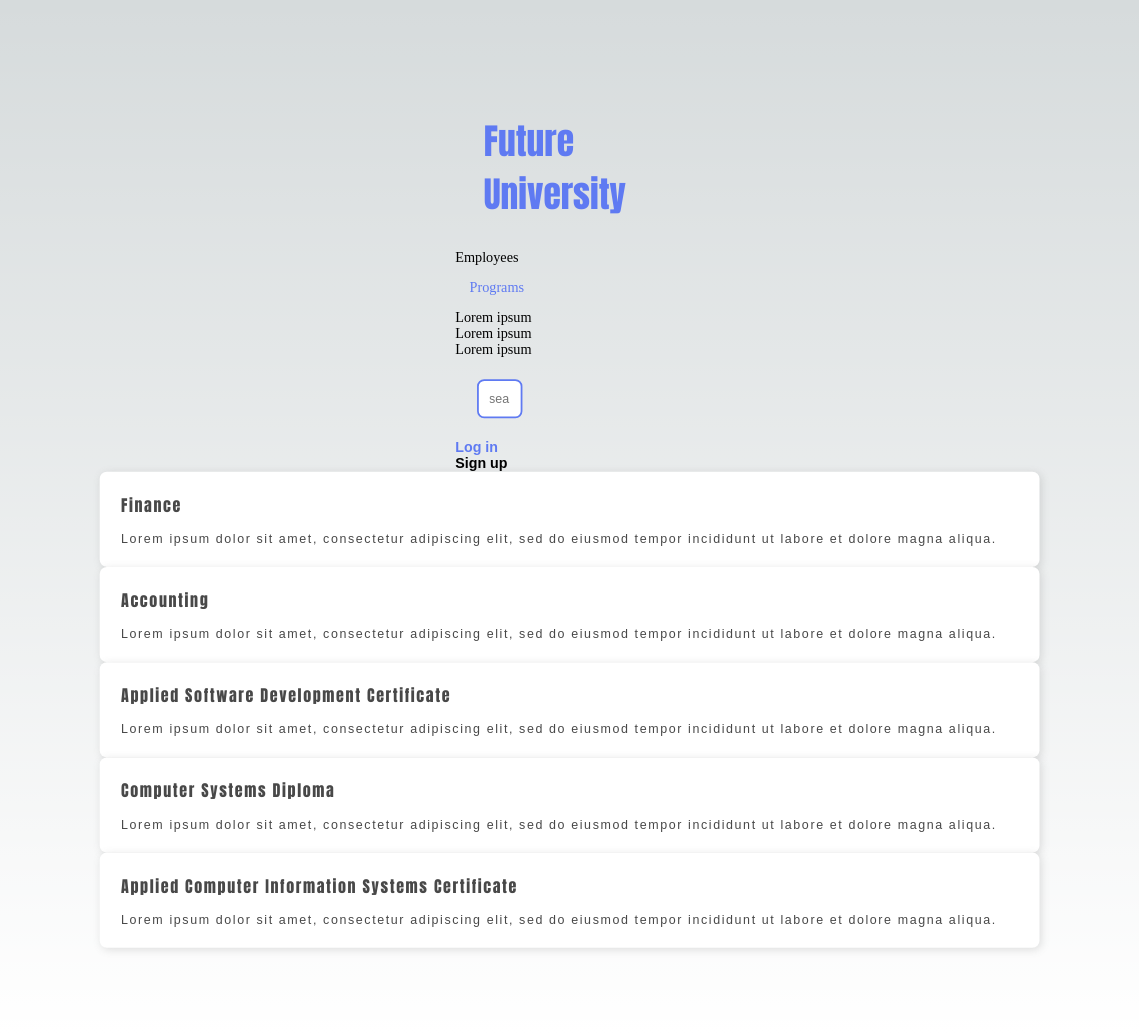
Repository: giovanabirck/class03-vercel-test
Page: /
An editor plug-in stored every save of this project. The page is shown before and after the next save, followed by the edit.
The browser window is 1280 px wide. The pictures show the whole page, at 89% of full size.
The project was rebuilt for these pictures with package versions that can differ from the ones it lists, and the page was loaded fresh each time. The framework's server and built-in components were replaced by stand-ins that run in the browser. Also part of the build but not shown: next.config.js, components/CardPrograms/CardPrograms.module.css.

Above is the page before, as saved 2023-01-28 21:20:21.

### pages/index.js
import Head from 'next/head'
import Image from 'next/image'
import { Inter } from '@next/font/google'
import styles from '../styles/Home.module.css'
import data from '../data/education.json'
import { useState } from 'react'
import CardPrograms from '../components/CardPrograms'
import Link from 'next/link'
import MenuPrograms from '../components/MenuPrograms'

const inter = Inter({ subsets: ['latin'] })

export default function Home() {

  console.log(data);
  const [information, setInformation] = useState([...data]);


  return (
    <>
      <Head>
        <title>Programs</title>
        <meta name="description" content="Generated by create next app" />
        <meta name="viewport" content="width=device-width, initial-scale=1" />
        <link rel="icon" href="/favicon.ico" />
      </Head>

      <main className={styles.main}>
        <MenuPrograms/>
        {
          information && information.map((info, index) => {
              return(
                <div key={index}>
                  <CardPrograms
                    key={index}
                    degree={info.degree}
                    department={info.department}
                  />
                </div>
              )
            }
          )
        }

      </main>

    </>
  )
}

### data/education.json
[
    {
        "studentNumber": "A0004567",
        "firstName": "Person 1",
        "gpa": 3.8,
        "department": "Business",
        "degree": "Finance",
        "graduted": 2014
    },
    {
        "studentNumber": "A0001234",
        "firstName": "Person 2",
        "gpa": 3.5,
        "department": "Business",
        "degree": "Accounting",
        "graduted": 2010
    },
    {
        "studentNumber": "A0007890",
        "firstName": "Person 3",
        "gpa": 3.2,
        "department": "Computing",
        "degree": "Applied Software Development Certificate",
        "graduted": 2018
    },
    {
        "studentNumber": "A0007828",
        "firstName": "Person 4",
        "gpa": 3.9,
        "department": "Computing",
        "degree": "Computer Systems Diploma",
        "graduted": 2021
    },
    {
        "studentNumber": "A0003425",
        "firstName": "Person 5",
        "gpa": 3.2,
        "department": "Computing",
        "degree": "Applied Computer Information Systems Certificate",
        "graduted": 2021
    }
]

### components/CardPrograms/index.js
import styles from './CardPrograms.module.css';

export default function CardPrograms({
    degree="none",
}) {

    return(
        <div style={{
            backgroundColor: "white",
            padding: "24px",
            fontFamily: "Impact",
            color: "#484848",
            fontSize: "18px",
            letterSpacing: "0.1em",
            display: "flex",
            flexDirection: "column",
            alignContent: "space-between",
            borderRadius: "8px",
            boxShadow: "2px 2px 10px rgb(100, 100, 100, 0.2)"
        }}>
            {degree}
            <br></br>
            <p style={{
                fontFamily: "arial",
                color: "#484848",
                fontSize: "14px",
                padding: "16px 24px 0px 0px"
            }}
            >Lorem ipsum dolor sit amet, consectetur adipiscing elit, sed do eiusmod tempor incididunt ut labore et dolore magna aliqua.</p>
        </div>
    )
}

### components/MenuPrograms/index.js
import styles from 'MenuPrograms.module.css'

export default function MenuPrograms() {
    return(
        <>
        <div className="top-menu">
            <h1>Future<br></br>University</h1>
            <a href="about">Employees</a>
            <p className="top-menu-programs" style={{padding:"16px", color: "#5F7AF2"}}>Programs</p>
            <p>Lorem ipsum</p>
            <p>Lorem ipsum</p>
            <p>Lorem ipsum</p>


            <input placeholder="search" style={{
                fontFamily: "Arial",
                fontSize: "14px",
                color: "#5F7AF2",
                padding: "12px",
                border: "solid 2px #5F7AF2",
                borderRadius: "8px",
                width: "20%",
                margin: "24px"
                }}>
            </input>

            <h2 style={{
                        fontFamily: "Arial",
                        fontWeight: "bold",
                        fontSize: "16px",
                        color: "#5F7AF2",
                        padding: "0px"
                }}>Log in
            </h2>

            <h2 style={{
                        fontFamily: "Arial",
                        fontWeight: "bold",
                        fontSize: "16px",
                        padding: "0px 32px 0px 0px"
                }}>Sign up
            </h2>

            </div>
        </>
    )
}

### components/MenuPrograms/MenuPrograms.module.css

.top-menu{
    font-family: Arial, Helvetica, sans-serif;
    font-weight: bold;
    font-size: 16px;
    color: #A8A8A8;
    background-color: white;
    width: 100%;
    height: 20%;
    display: flex;
    align-items: center;
    justify-content: space-between
}

h1 {
    font-family: Impact, Haettenschweiler, 'Arial Narrow Bold', sans-serif;
    font-size: 40px;
    color: #5F7AF2;
    padding: 32px
}

.top-menu-employees {
    padding: 16px
}

Loaded but not shown: pages/_app.js (common file); pages/_document.js (common file); styles/globals.css (common file); styles/Home.module.css (common file)

After the next save:
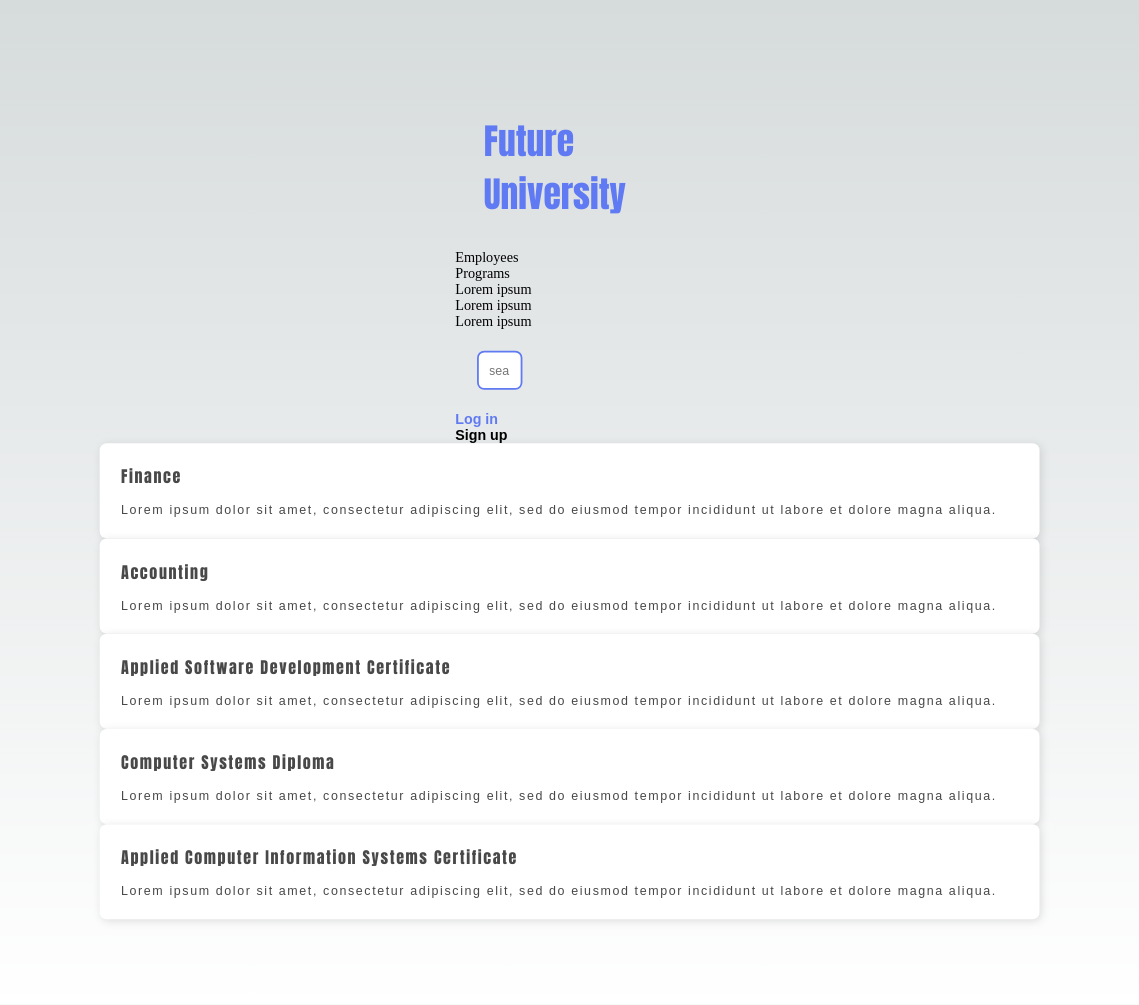
Saved 6 s later.
--- a/components/MenuPrograms/index.js
+++ b/components/MenuPrograms/index.js
@@ -6,7 +6,7 @@ export default function MenuPrograms() {
         <div className="top-menu">
             <h1>Future<br></br>University</h1>
             <a href="about">Employees</a>
-            <p className="top-menu-programs" style={{padding:"16px", color: "#5F7AF2"}}>Programs</p>
+            <p className="top-menu-programs">Programs</p>
             <p>Lorem ipsum</p>
             <p>Lorem ipsum</p>
             <p>Lorem ipsum</p>
